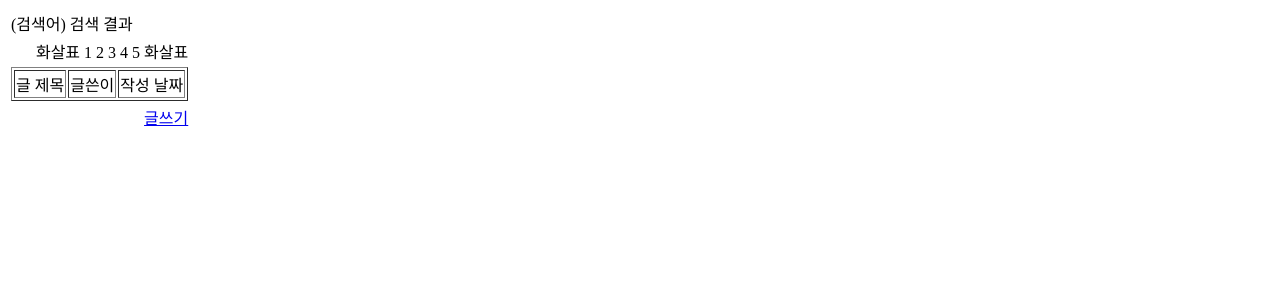
Repository: GOHO97/Haheeho
Page: http://localhost/Haheeho_Adblock/WEB-INF/views/board/board.jsp
The author's editor kept a copy of each file at every save. The page is drawn from the files as they stood at one save, then again after the next save.
The browser window is 1280 px wide. The pictures show the whole page.
The page is served by Tomcat 9. Nobody is signed in. Other server files are loaded and not shown. The template is opened directly, without the code that normally fills it, so the values that code supplies are empty.

Above is the page before, as saved 2022-10-31 02:07:02.

### Haheeho_Adblock/src/main/webapp/WEB-INF/views/board/board.jsp
<%@ page language="java" contentType="text/html; charset=UTF-8"
    pageEncoding="UTF-8"%>
<!DOCTYPE html>
<html>
<head>
<meta charset="UTF-8">
<title>Insert title here</title>
</head>
<body>
	<table>
		<tr>
			<td align="left">
				(검색어) 검색 결과
			</td>
		</tr>
		<tr>
			<td align="right">
				화살표 1 2 3 4 5 화살표
			</td>
		</tr>
		<tr>
			<td align="center">
				<table border="1" id="boardArea">
					<tr>
						<td>
							<a>글 제목</a>
						</td>
						<td>
							글쓴이
						</td>
						<td>
							작성 날짜
						</td>
					</tr>
				</table>
			</td>
		</tr>
		<tr>
			<td align="right">
				<a href="board.write.go">글쓰기</a>
			</td>
		</tr>
	</table>
</body>
</html>

After the next save:
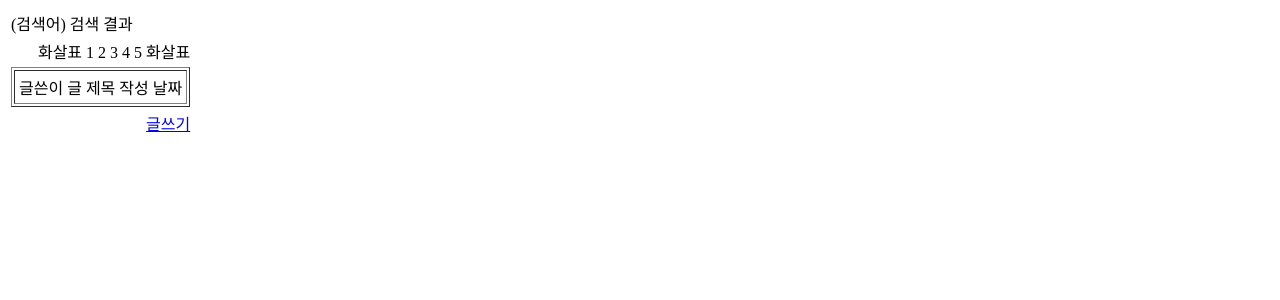
Saved 6 min 14 s later.
--- a/Haheeho_Adblock/src/main/webapp/WEB-INF/views/board/board.jsp
+++ b/Haheeho_Adblock/src/main/webapp/WEB-INF/views/board/board.jsp
@@ -23,13 +23,19 @@
 				<table border="1" id="boardArea">
 					<tr>
 						<td>
-							<a>글 제목</a>
-						</td>
-						<td>
-							글쓴이
-						</td>
-						<td>
-							작성 날짜
+							<table>
+								<tr>
+									<td>
+										글쓴이
+									</td>
+									<td>
+										<a>글 제목</a>
+									</td>
+									<td>
+										작성 날짜
+									</td>
+								</tr>
+							</table>
 						</td>
 					</tr>
 				</table>
